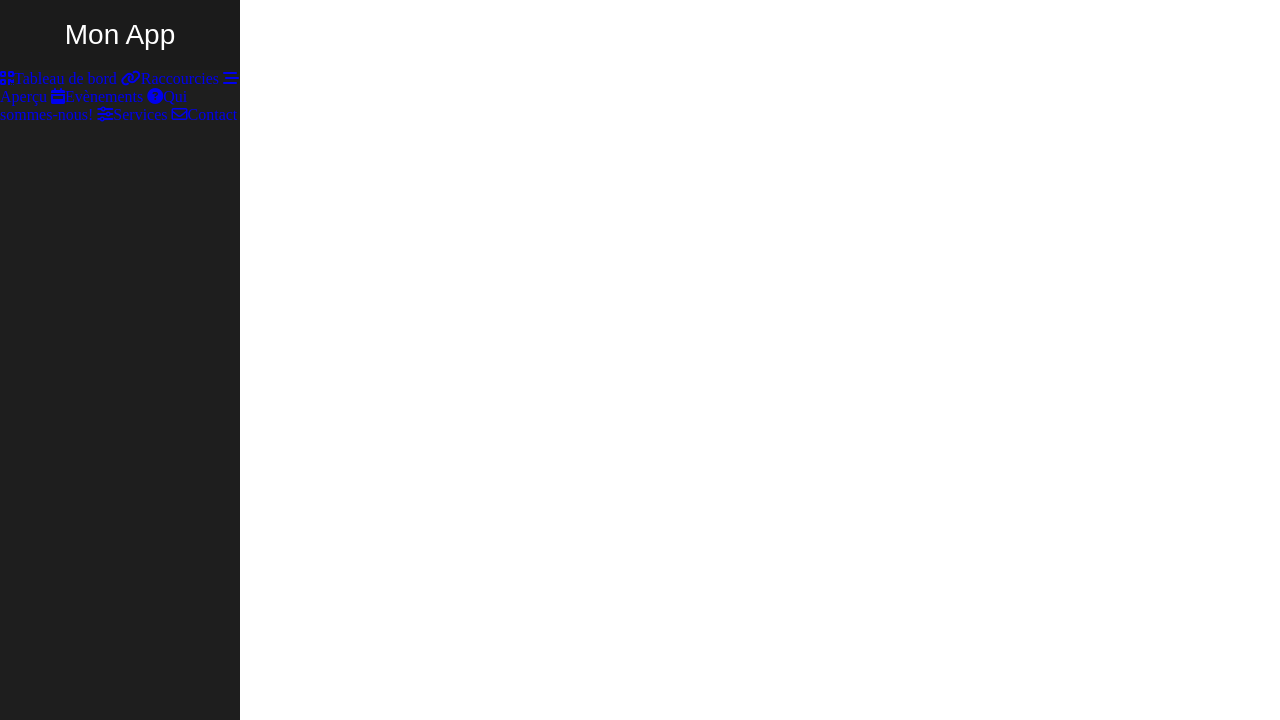
Repository: Alex-Serky/Dossier-Nav
Page: Nav-Responsive/index.html
An editor plug-in stored every save of this project. The page is shown before and after the next save, followed by the edit.
The browser window is 1280 px wide. The pictures show the whole page.
Some web fonts or font styles are not loaded; a fallback is used. Some web libraries are served in a nearby version.

Above is the page before, as saved 2020-02-21 15:59:52.

After the next save:
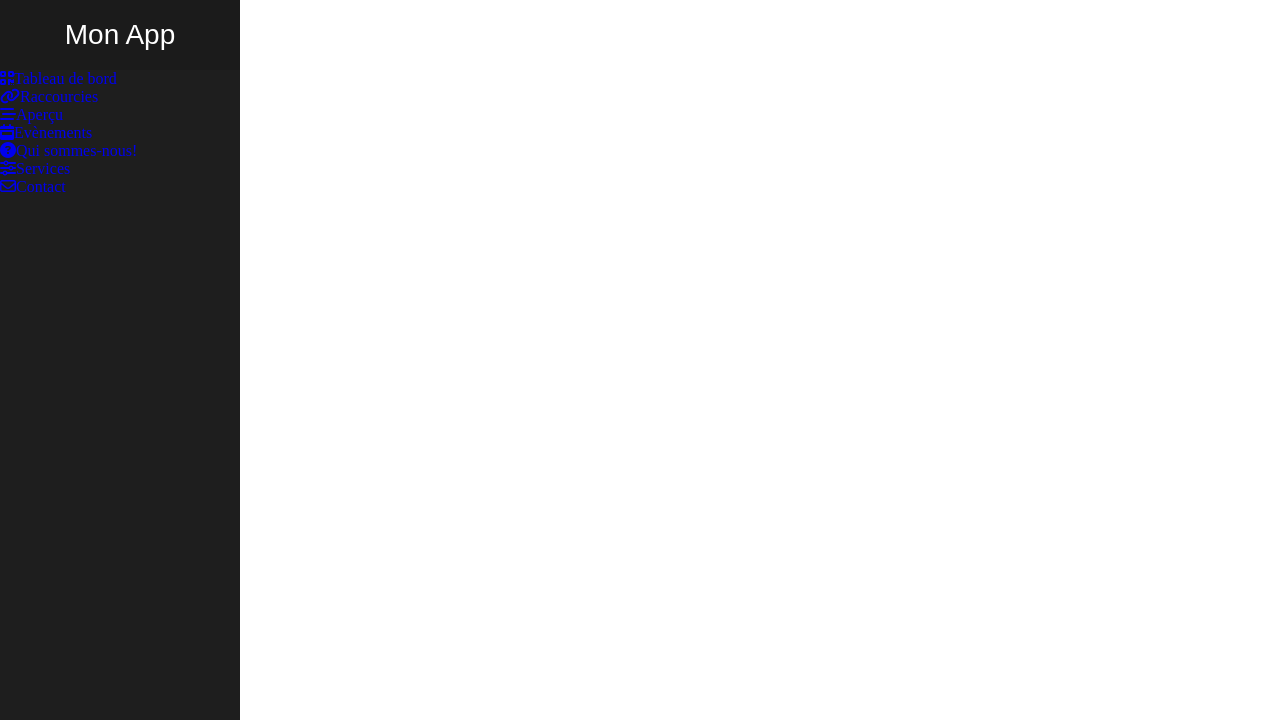
Saved 3 h 6 min later.
--- a/Nav-Responsive/style.css
+++ b/Nav-Responsive/style.css
@@ -22,3 +22,7 @@
     background: #1b1b1b;
     font-family: 'Montserrat', sans-serif;
 }
+
+.sidebar a {
+    display: block;
+}
